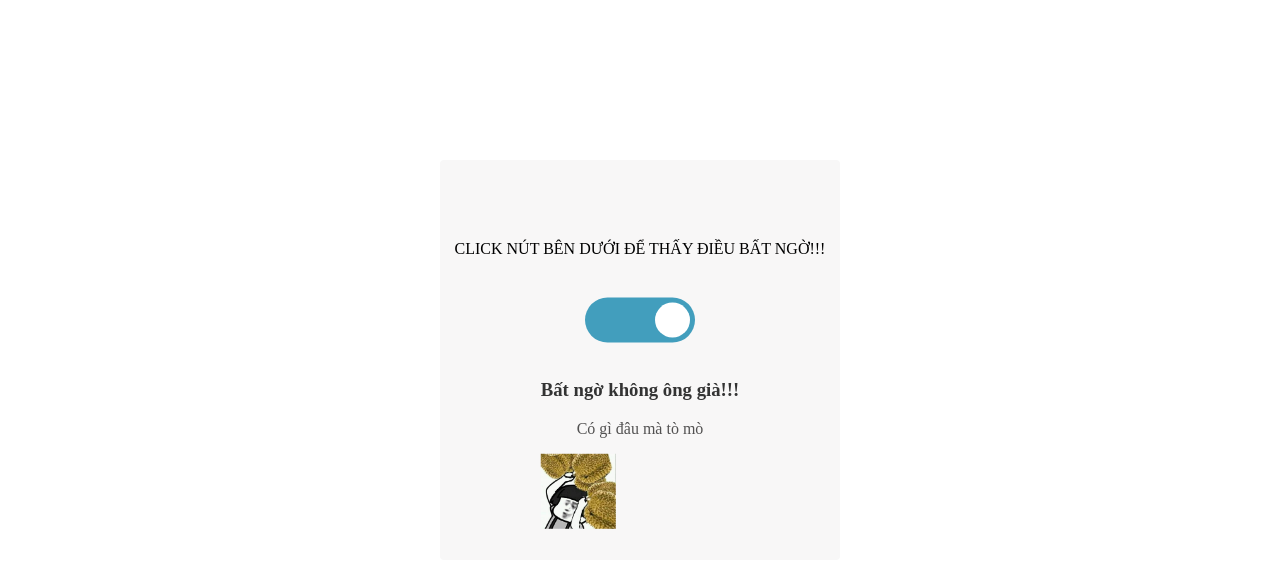
Repository: haokiet2501/troll-my-react
Page: /, after clicking the first element matching `div.toggle-center`
The author's editor kept a copy of each file at every save. The page is drawn from the files as they stood at one save, then again after the next save.
The browser window is 1280 px wide. The pictures show the whole page.
The project was rebuilt for these pictures with package versions that can differ from the ones it lists, and the page was loaded fresh each time.

Above is the page before, as saved 2022-07-30 23:23:37.

After the next save:
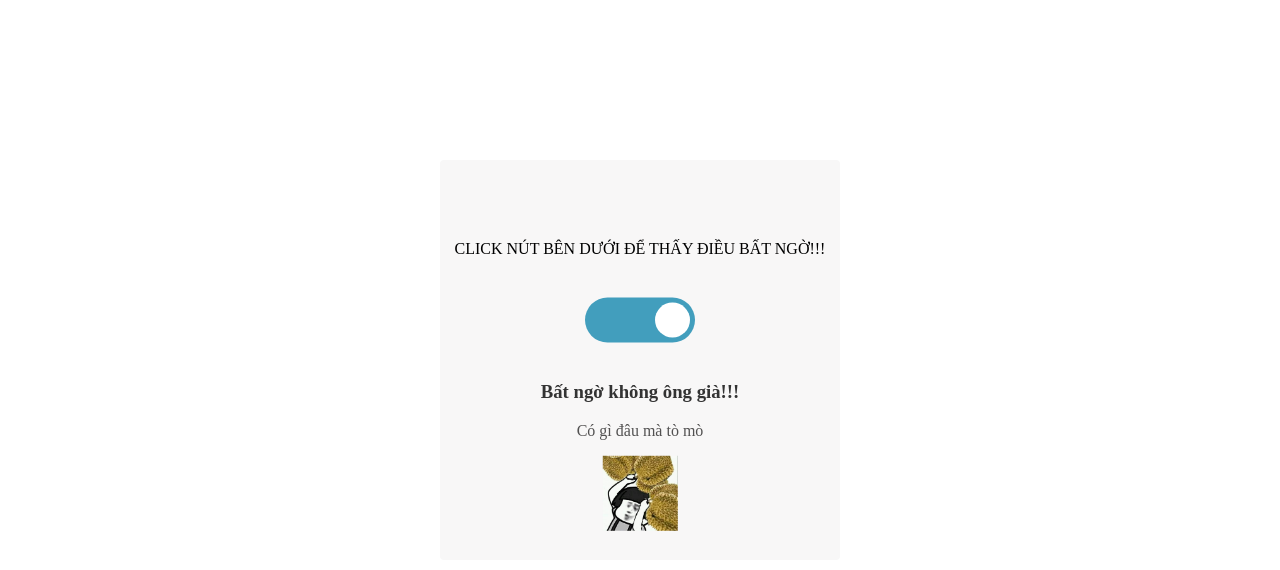
Saved 8 s later.
--- a/src/index.css
+++ b/src/index.css
@@ -35,7 +35,9 @@
 }
 
 .todo-img {
-  dis
+  display: flex;
+  justify-content: center;
+  align-items: center;
 }
 
 .toggle {
